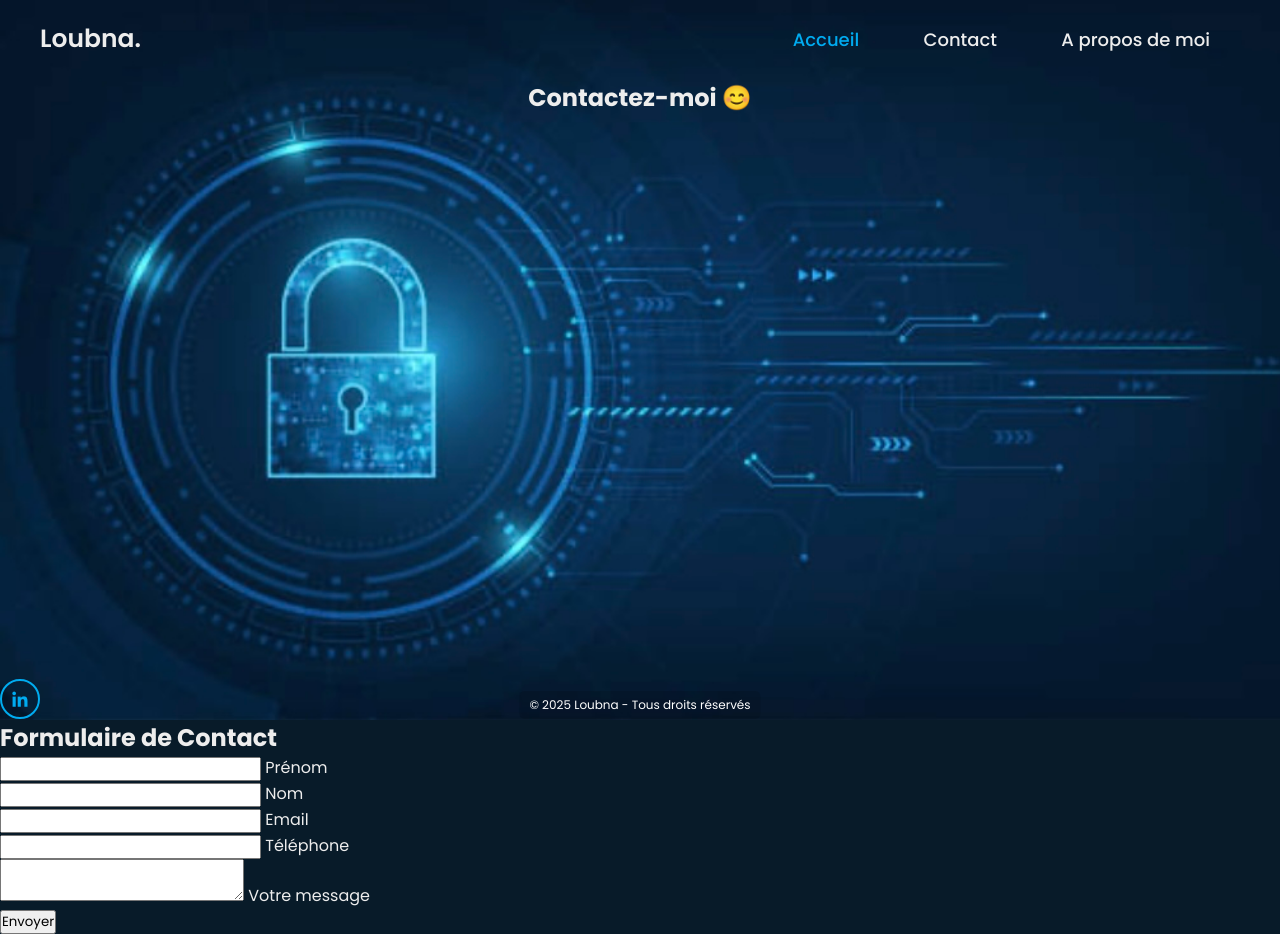
Repository: Loubna77290/Portfolio-de-Loubna
Page: contact.html
These files come from the project's save history. The page is drawn as it stood at one moment and after the next save; the edit follows.
The browser window is 1280 px wide. The pictures show the whole page.

Above is the page before, as saved 2025-03-10 23:04:47.

After the next save:
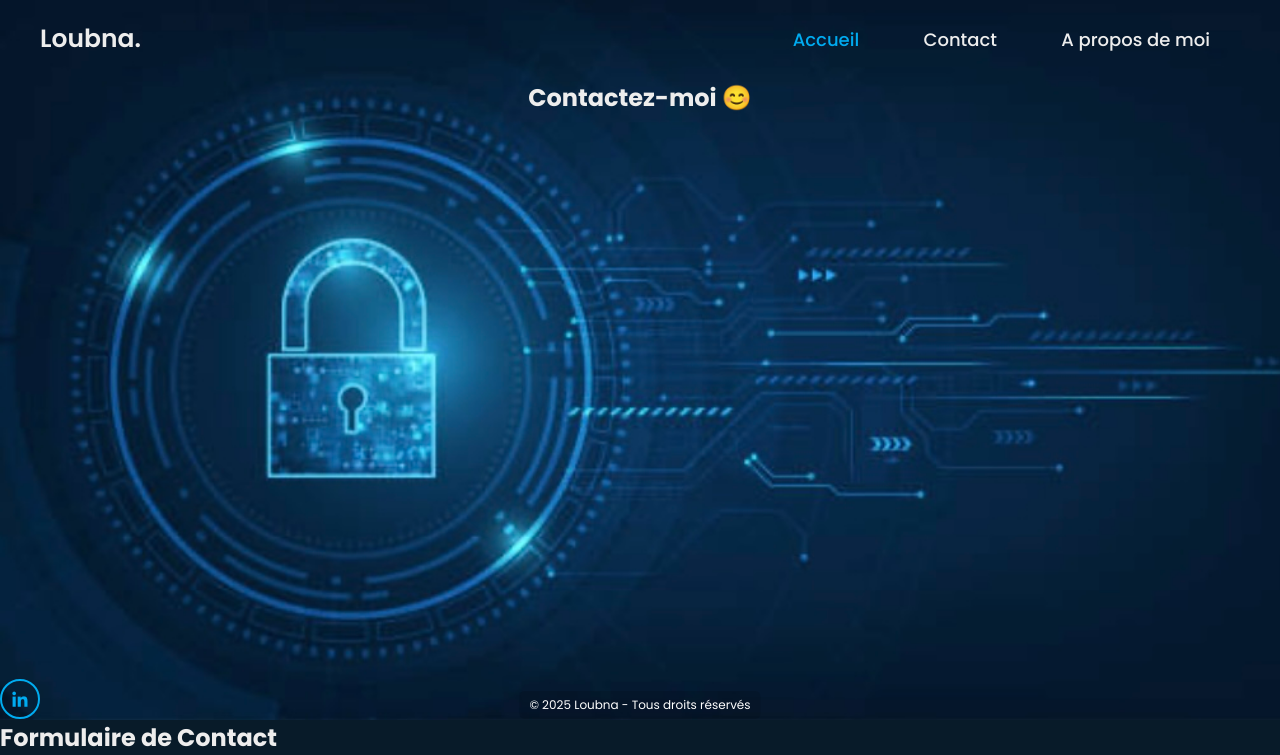
Saved 23 s later.
--- a/contact.html
+++ b/contact.html
@@ -26,30 +26,7 @@
     </section>
     <div class="container">
         <h2>Formulaire de Contact</h2>
-        <form action="#" method="post">
-            <div class="input-group">
-                <input type="text" name="prenom" required>
-                <label>Prénom</label>
-            </div>
-            <div class="input-group">
-                <input type="text" name="nom" required>
-                <label>Nom</label>
-            </div>
-            <div class="input-group">
-                <input type="email" name="email" required>
-                <label>Email</label>
-            </div>
-            <div class="input-group">
-                <input type="tel" name="telephone" required>
-                <label>Téléphone</label>
-            </div>
-            <div class="input-group">
-                <textarea name="message" required></textarea>
-                <label>Votre message</label>
-            </div>
-            <button type="submit">Envoyer</button>
-        </form>
-    </div>
+
 
     <div class="home-sci">
         <a href="https://www.linkedin.com/in/loubna-m-baaa031a6/"target="_blank"><i class='bx bxl-linkedin'></i></a>
